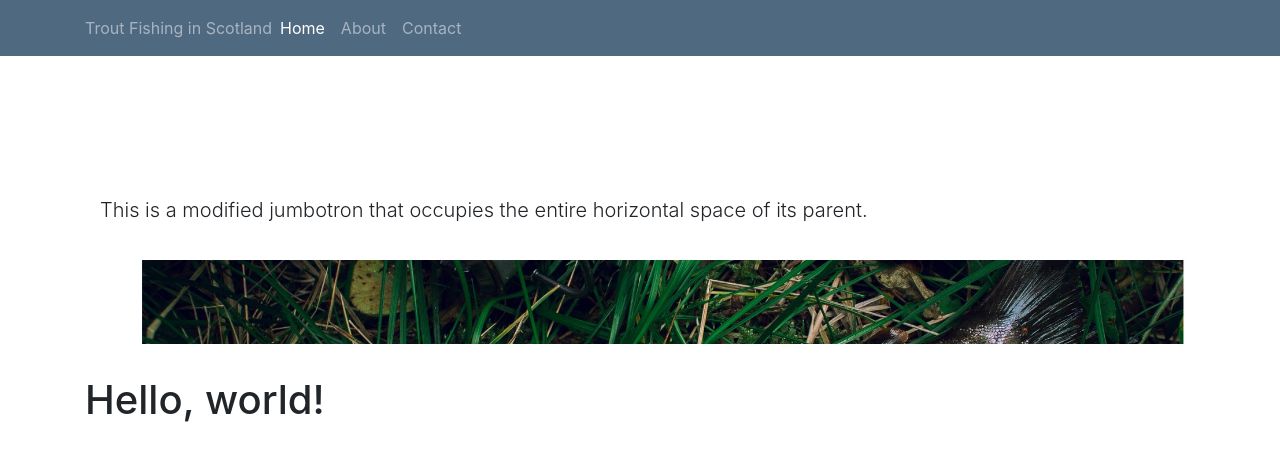
Repository: adrian9211/College_project
Page: index.html
The author's editor kept a copy of each file at every save. The page is drawn from the files as they stood at one save, then again after a run of saves.
The browser window is 1280 px wide. The pictures show the whole page.

Above is the page before, as saved 2020-10-28 13:37:14.

### index.html
<!doctype html>
<html lang="en">
  <head>
    <!-- Required meta tags -->
    <meta charset="utf-8">
    <meta name="viewport" content="width=device-width, initial-scale=1, shrink-to-fit=no">

    <!-- Bootstrap CSS -->
    <link rel="stylesheet" href="https://cdn.jsdelivr.net/npm/bootstrap@4.5.3/dist/css/bootstrap.min.css" integrity="sha384-TX8t27EcRE3e/ihU7zmQxVncDAy5uIKz4rEkgIXeMed4M0jlfIDPvg6uqKI2xXr2" crossorigin="anonymous">
    <link rel="stylesheet" href="css/style.css">

    <title>Trout fishing in Scotland</title>
  </head>
  <body>
      <!-- Navigation  bar start -->
    <nav class="navbar navbar-expand-md navbar-dark sticky-top" role="navigation" id="navbar2" style="background-color: #4F6980;">
        <div class="container">
          <a href="index.html"><span class="navbar-text">Trout Fishing in Scotland</span></a>
          <button class="navbar-toggler" data-toggle="collapse" data-target="#collapse_target">
            <span class="navbar-toggler-icon"></span>
          </button>
          <div class="collapse navbar-collapse" id="collapse_target">
          <ul class="navbar-nav " >
            <li class="nav-item active">
              <a class="nav-link " href="index.html">Home </a>
            </li>
            <li class="nav-item ">
              <a class="nav-link " href="portfolio.html">About</a>
            </li>
            <li class="nav-item ">
              <a class="nav-link " href="contact.html">Contact</a>
            </li>
          </ul>
        </div>
        </div>
      </nav>
      <!-- Navigation  bar end -->
      <div class="container">
        <div class="jumbotron jumbotron-fluid">
            <div class="container alt">
              <h1 class="display-4">Fluid jumbotron</h1>
              <p class="lead">This is a modified jumbotron that occupies the entire horizontal space of its parent.</p>
            </div>
        </div>
          <main>

          </main>
        <h1>Hello, world!</h1>

        </div>
    <!-- Scripts for bootstrap -->
    <script src="https://code.jquery.com/jquery-3.5.1.slim.min.js" integrity="sha384-DfXdz2htPH0lsSSs5nCTpuj/zy4C+OGpamoFVy38MVBnE+IbbVYUew+OrCXaRkfj" crossorigin="anonymous"></script>
    <script src="https://cdn.jsdelivr.net/npm/bootstrap@4.5.3/dist/js/bootstrap.bundle.min.js" integrity="sha384-ho+j7jyWK8fNQe+A12Hb8AhRq26LrZ/JpcUGGOn+Y7RsweNrtN/tE3MoK7ZeZDyx" crossorigin="anonymous"></script>
  </body>
</html>

### css/style.css
.jumbotron {
    background-image: url("../img/trout_jumbotron.jpg");
    background-size: cover;
    height: 40vh;
}

.alt h1 {
    color: #fff;
}

After the next 2 saves:
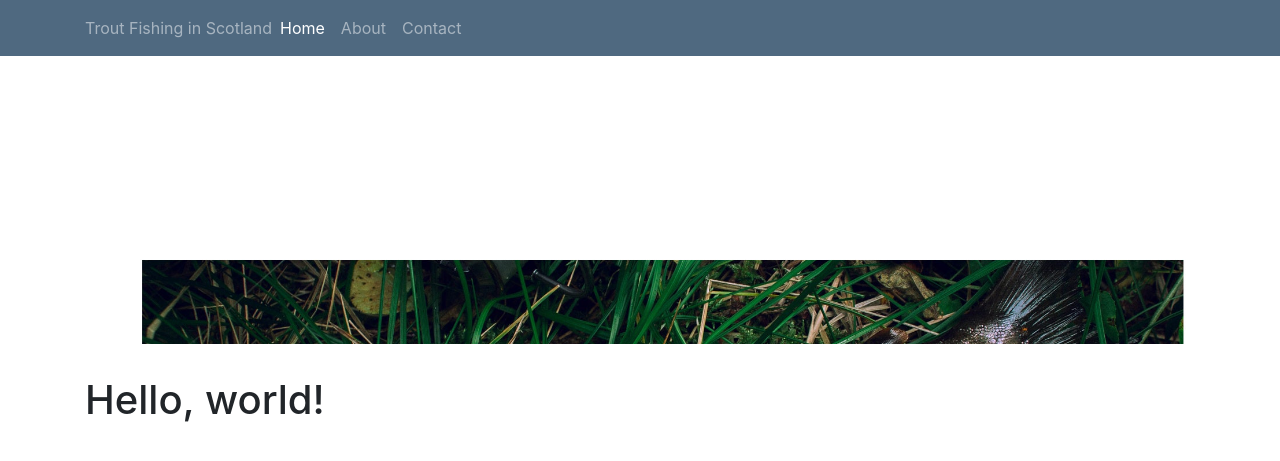
The 2 saves are shown as one change because they came seconds apart.
The last was saved 10 s later.
--- a/css/style.css
+++ b/css/style.css
@@ -4,6 +4,6 @@
     height: 40vh;
 }
 
-.alt h1 {
+.alt h1, p {
     color: #fff;
 }
